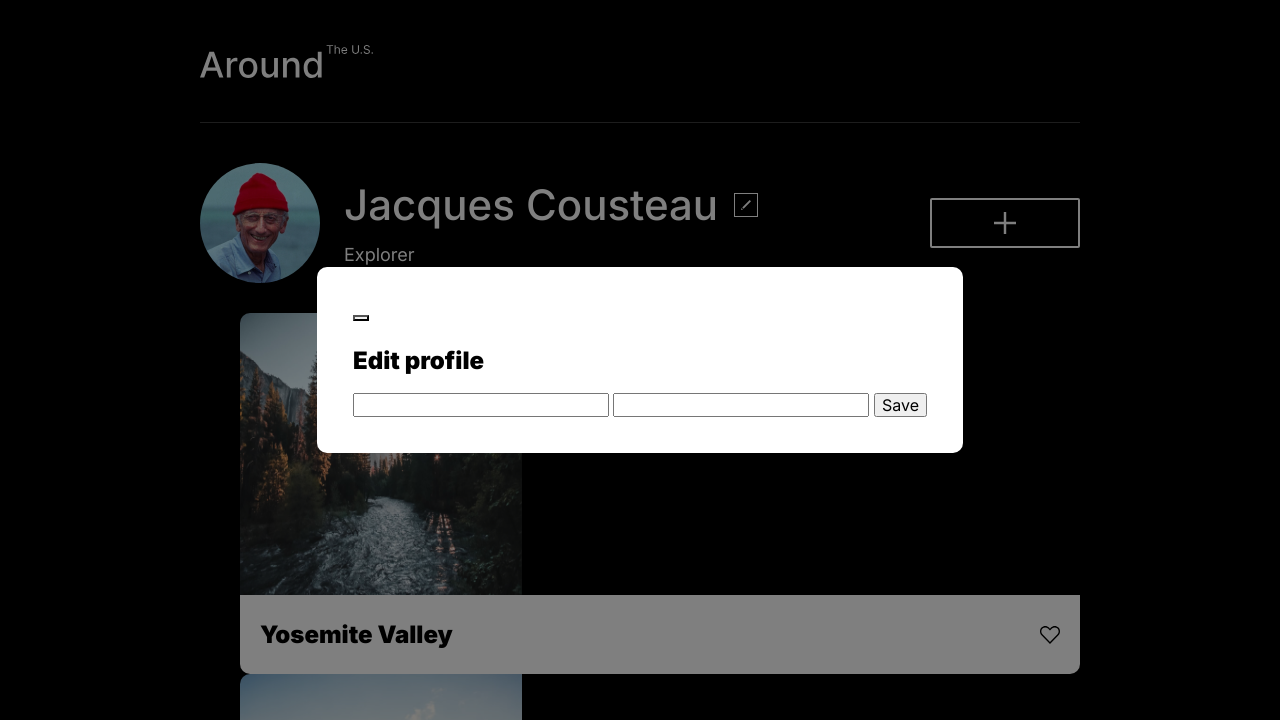
Repository: luisbaezx/se_project_aroundtheus
Page: index.html
These files come from the project's save history. The page is drawn as it stood at one moment and after the next save; the edit follows.
The browser window is 1280 px wide. The pictures show the window.
A layer covers the whole window, so only the first screen is drawn.

Above is the page before, as saved 2024-09-15 15:13:19.

After the next save:
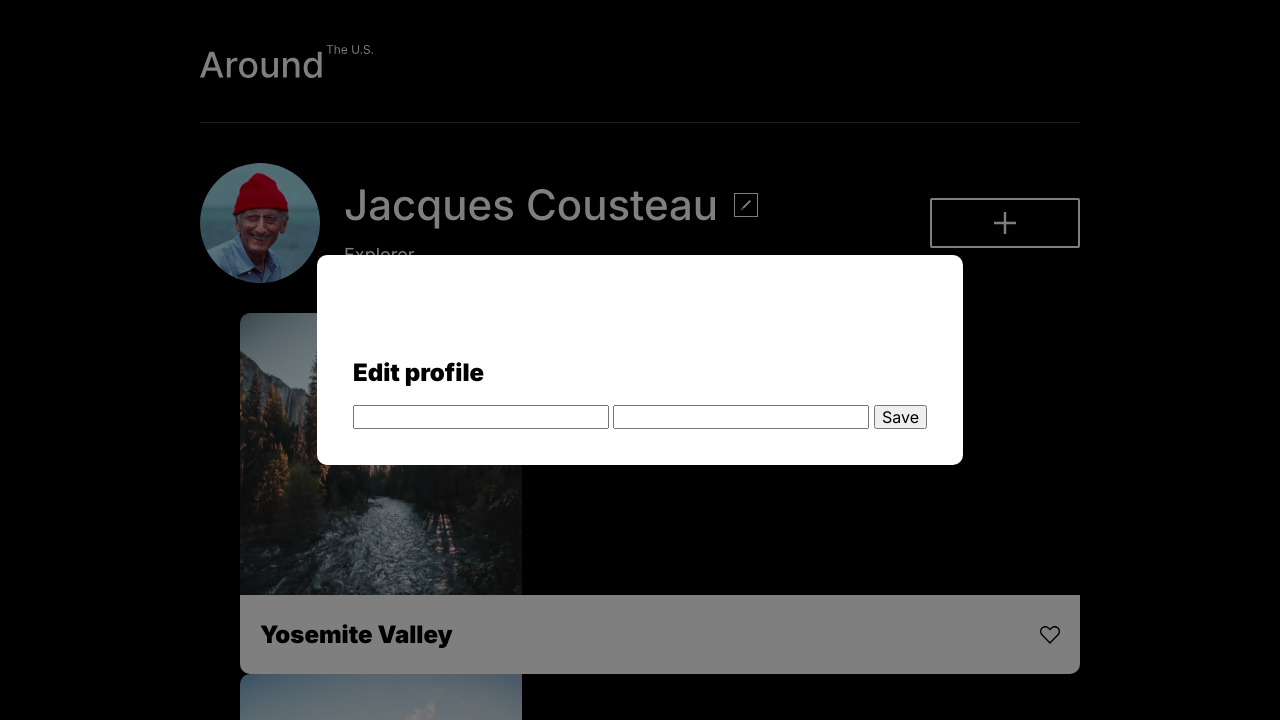
Saved 3 min 4 s later.
--- a/blocks/modal.css
+++ b/blocks/modal.css
@@ -35,5 +35,11 @@
 }
 
 .modal__close {
+  width: 40px;
+  height: 40px;
   background-image: url(../images/Close.svg);
+  border: none;
+  background-color: transparent;
+  background-repeat: no-repeat;
+  background-size: contain;
 }
